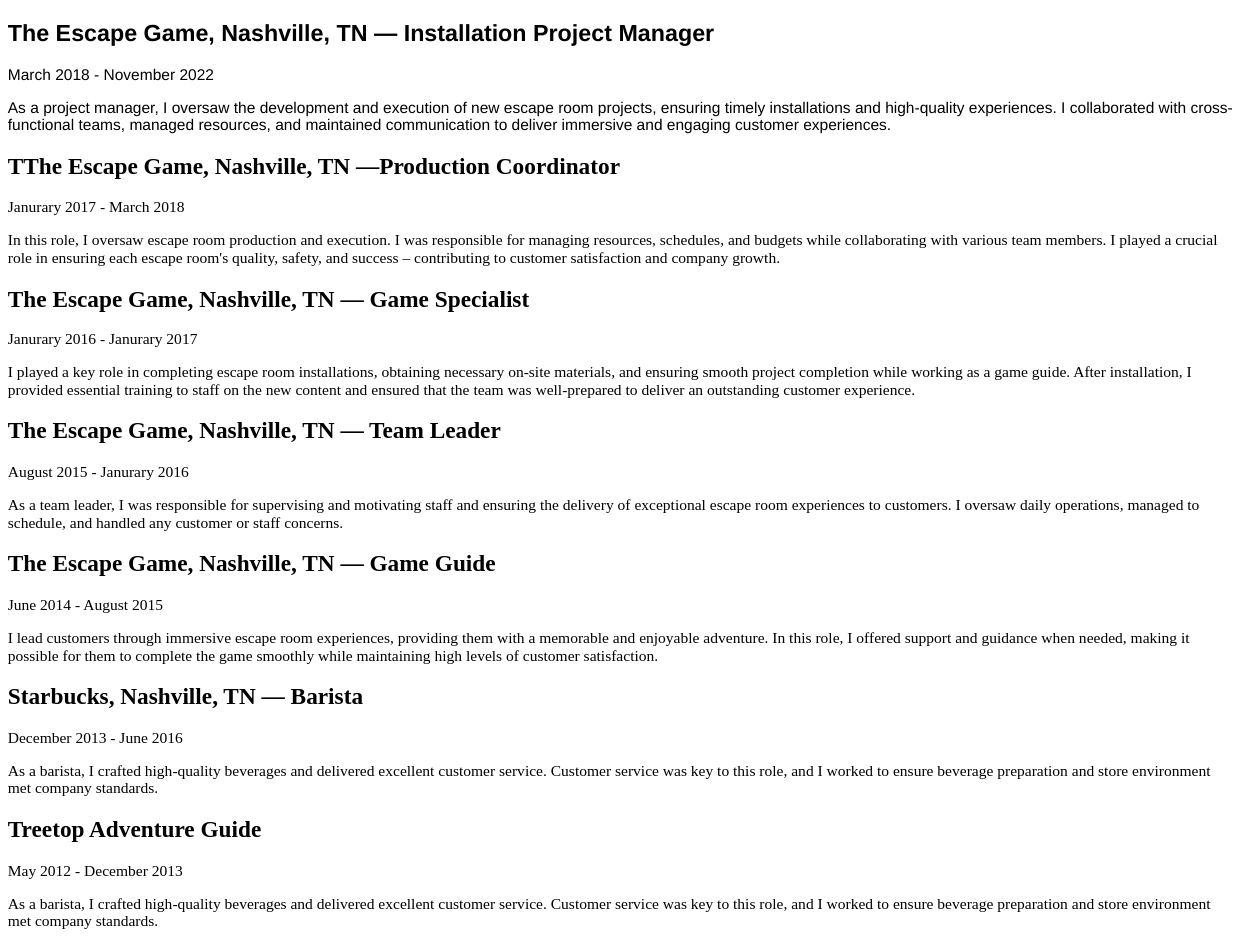
Repository: jgramirez0210/LAB-HTML-Resume
Page: index.html
The author's editor kept a copy of each file at every save. The page is drawn from the files as they stood at one save, then again after a run of saves.
The browser window is 1280 px wide. The pictures show the whole page, at 97% of full size.

Above is the page before, as saved 2023-10-10 15:11:08.

### index.html
<!DOCTYPE html>
<html lang="en">
<head>
  <meta charset="UTF-8">
  <meta name="viewport" content="width=device-width, initial-scale=1.0">
  <title>Jesse's Work Experience</title>
  <link rel="stylesheet" href="main.css">
</head>
<body>
  <article id="job7">
    <h2>The Escape Game, Nashville, TN — Installation Project Manager </h2>
    <time datetime="2018-03" >March 2018</time> - <time datetime="2022-10" >November 2022</time></time>
    <p>As a project manager, I oversaw the development and execution of new escape room projects, ensuring timely installations and high-quality experiences. I collaborated with cross-functional teams, managed resources, and maintained communication to deliver immersive and engaging customer experiences.</p>
  </article>
  <article id="job6">
    <h2>TThe Escape Game, Nashville, TN —Production Coordinator</h2>
    <time datetime="2017-01" >Janurary 2017</time> - <time datetime="2018-3" >March 2018</time></time>
    <p>In this role, I oversaw escape room production and execution. I was responsible for managing resources, schedules, and budgets while collaborating with various team members. I played a crucial role in ensuring each escape room's quality, safety, and success – contributing to customer satisfaction and company growth.
    </p>
  </article>
  <article id="job5">
    <h2>The Escape Game, Nashville, TN — Game Specialist</h2>
    <time datetime="2016-01" >Janurary 2016</time> - <time datetime="2017-01" >Janurary 2017</time></time>
    <p>I played a key role in completing escape room installations, obtaining necessary on-site materials, and ensuring smooth project completion while working as a game guide. After installation, I provided essential training to staff on the new content and ensured that the team was well-prepared to deliver an outstanding customer experience.
    </p>
  </article>
  <article id="job4">
    <h2>The Escape Game, Nashville, TN — Team Leader</h2>
    <time datetime="2015-0" >August 2015</time> - <time datetime="2016-01" >Janurary 2016</time></time>
    <p>As a team leader, I was responsible for supervising and motivating staff and ensuring the delivery of exceptional escape room experiences to customers. I oversaw daily operations, managed to schedule, and handled any customer or staff concerns.
    </p>
  </article>
  <article id="job3">
    <h2>The Escape Game, Nashville, TN — Game Guide</h2>
    <time datetime="2014-06" >June 2014</time> - <time datetime="2015-08" >August 2015</time></time>
    <p>I lead customers through immersive escape room experiences, providing them with a memorable and enjoyable adventure. In this role, I offered support and guidance when needed, making it possible for them to complete the game smoothly while maintaining high levels of customer satisfaction.
    </p>
  </article>
  <article id="job2">
    <h2>Starbucks, Nashville, TN — Barista</h2>
    <time datetime="2013-12" >December 2013</time> - <time datetime="2014-06" >June 2016</time></time>
    <p>As a barista, I crafted high-quality beverages and delivered excellent customer service. Customer service was key to this role, and I worked to ensure beverage preparation and store environment met company standards.
    </p>
  </article>
  <article id="job1">
    <h2>Treetop Adventure Guide</h2>
    <time datetime="2012-05" >May 2012</time> - <time datetime="2013-12" >December 2013</time></time>
    <p>As a barista, I crafted high-quality beverages and delivered excellent customer service. Customer service was key to this role, and I worked to ensure beverage preparation and store environment met company standards.
    </p>
  </article>
  <script src="main.js"></script>
</body>
</html>

### main.css
#job7 {
  font-family:'Franklin Gothic Medium', 'Arial Narrow', Arial, sans-serif;
}
h2 {
  color: #3b;
}

Loaded but not shown: main.js (no stored copy; drawn as an empty file)

After the next 2 saves:
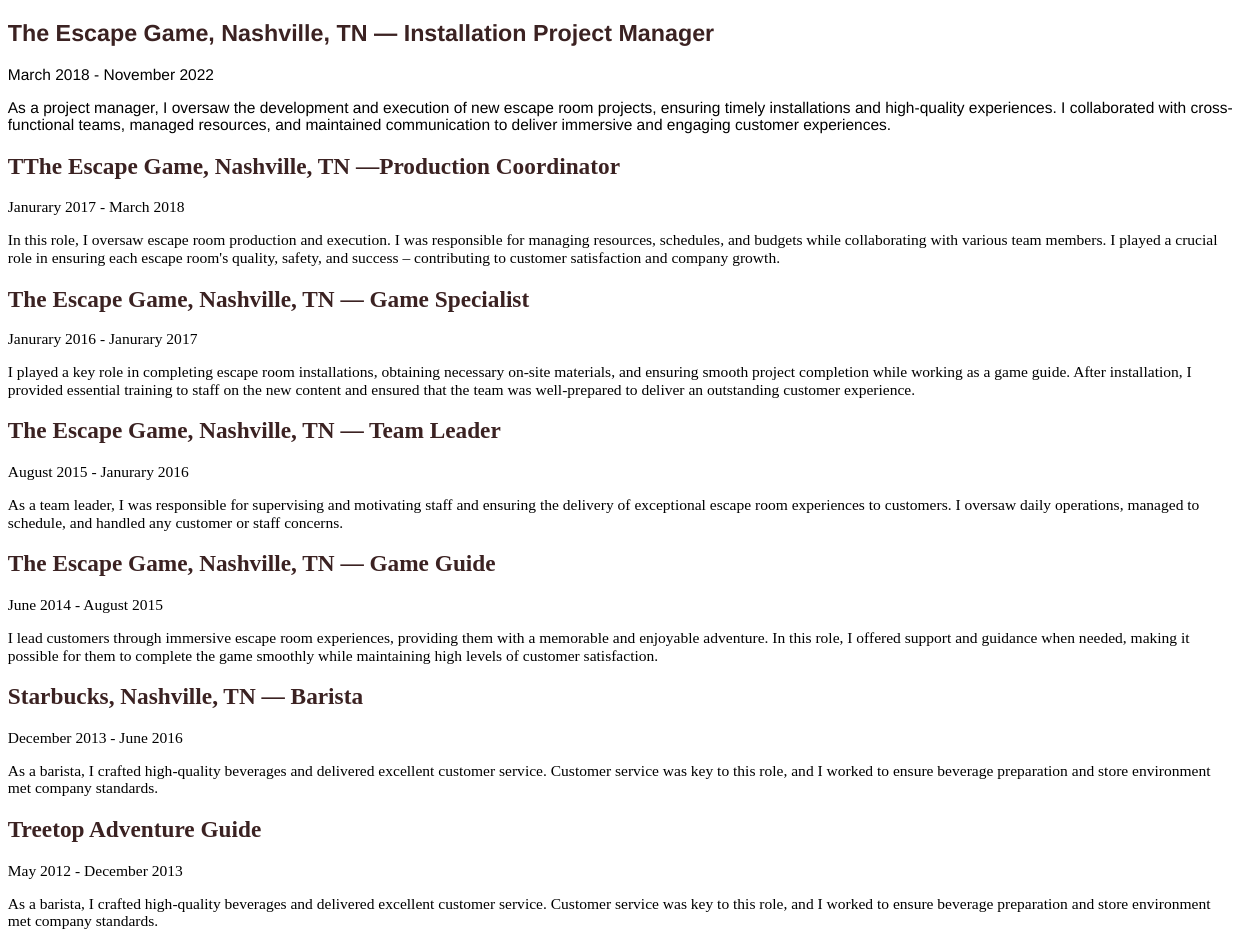
The 2 saves are shown as one change because they came seconds apart.
The last was saved 7 s later.
--- a/main.css
+++ b/main.css
@@ -2,5 +2,5 @@
   font-family:'Franklin Gothic Medium', 'Arial Narrow', Arial, sans-serif;
 }
 h2 {
-  color: #3b;
+  color: #3b2222;
 }

After the 4 saves that followed:
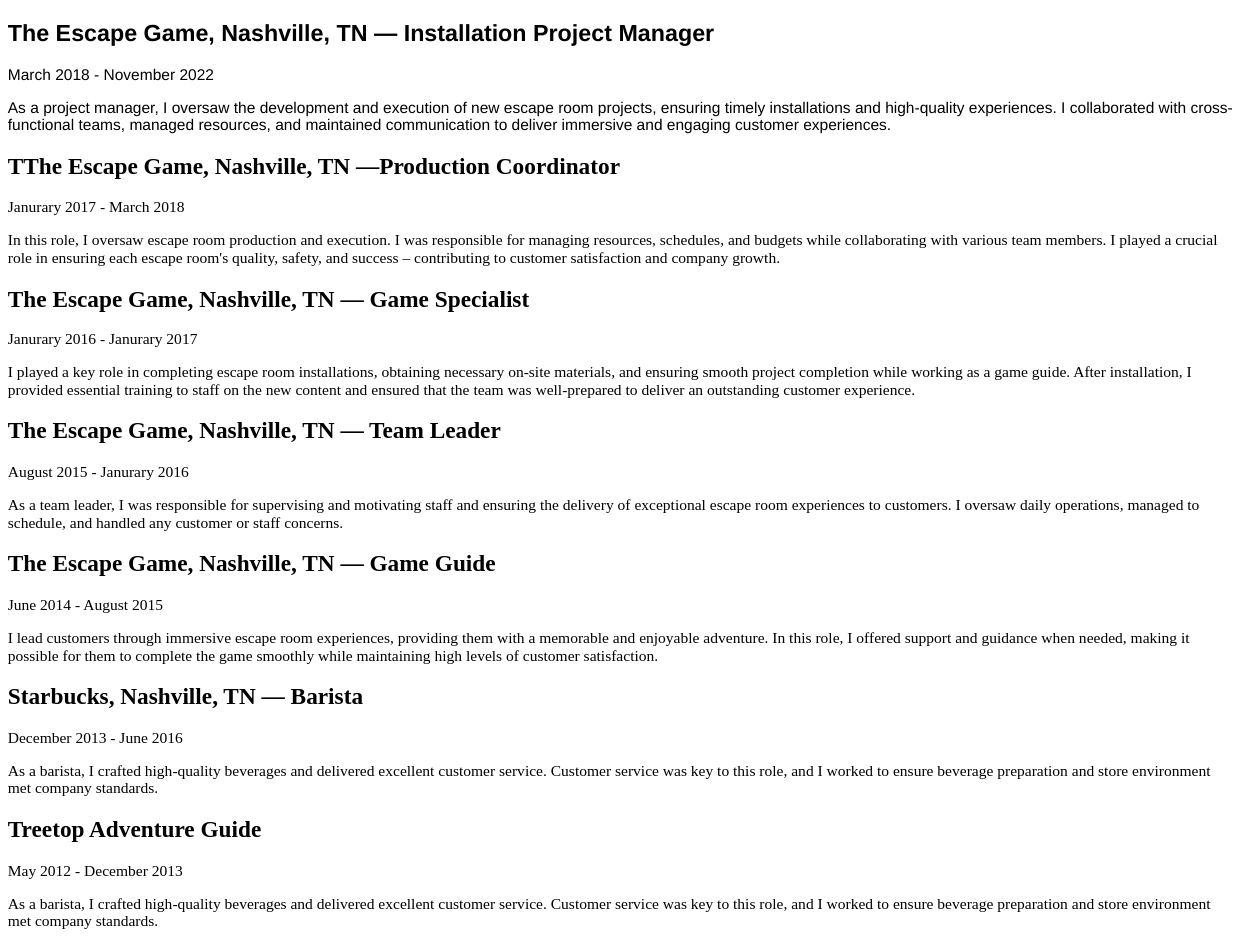
The 4 saves are shown as one change because they came seconds apart.
The last was saved 73 s later.
--- a/main.css
+++ b/main.css
@@ -2,5 +2,5 @@
   font-family:'Franklin Gothic Medium', 'Arial Narrow', Arial, sans-serif;
 }
 h2 {
-  color: #3b2222;
+  color: #--1;
 }
